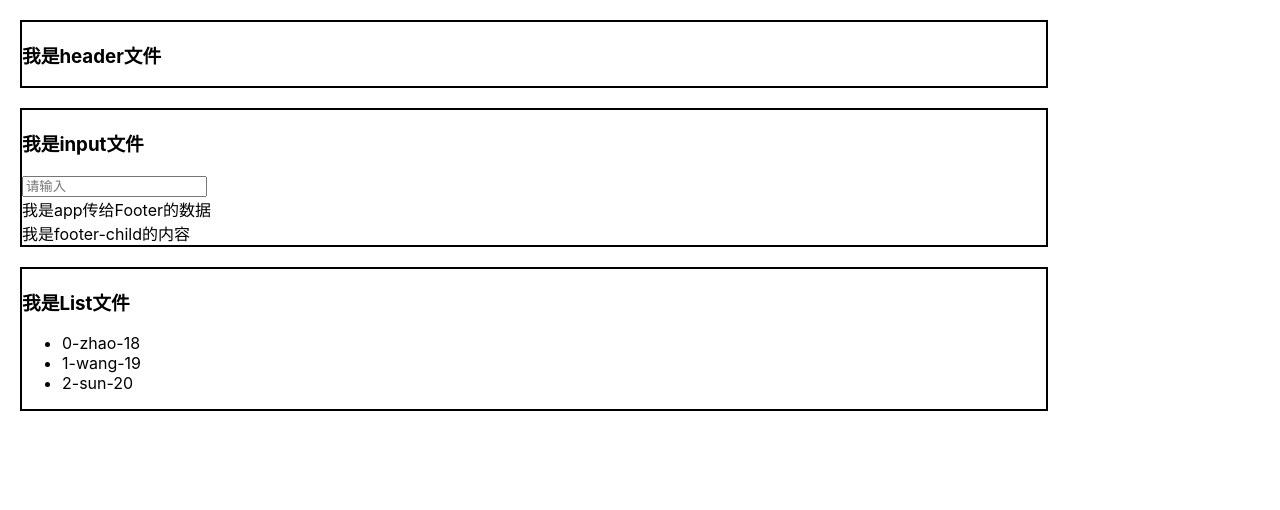
Repository: gy2986589/react-demo
Page: /
An editor plug-in stored every save of this project. The page is shown before and after the next save, followed by the edit.
The browser window is 1280 px wide. The pictures show the whole page.
The project was rebuilt for these pictures with package versions that can differ from the ones it lists, and the page was loaded fresh each time. Also part of the build but not shown: src/components/Like/Like.jsx.

Above is the page before, as saved 2020-07-02 22:37:59.

### public/index.html
<!DOCTYPE html>
<html lang="en">
  <head>
    <meta charset="utf-8" />
    <link rel="icon" href="%PUBLIC_URL%/favicon.ico" />
    <meta name="viewport" content="width=device-width, initial-scale=1" />
    <meta name="theme-color" content="#000000" />
    <meta
      name="description"
      content="Web site created using create-react-app"
    />
    <link rel="apple-touch-icon" href="%PUBLIC_URL%/logo192.png" />
    <!--
      manifest.json provides metadata used when your web app is installed on a
      user's mobile device or desktop. See https://developers.google.com/web/fundamentals/web-app-manifest/
    -->
    <link rel="manifest" href="%PUBLIC_URL%/manifest.json" />
    <!--
      Notice the use of %PUBLIC_URL% in the tags above.
      It will be replaced with the URL of the `public` folder during the build.
      Only files inside the `public` folder can be referenced from the HTML.

      Unlike "/favicon.ico" or "favicon.ico", "%PUBLIC_URL%/favicon.ico" will
      work correctly both with client-side routing and a non-root public URL.
      Learn how to configure a non-root public URL by running `npm run build`.
    -->
    <title>One React App</title>
  </head>
  <body>
    <noscript>You need to enable JavaScript to run this app.</noscript>
    <div id="root"></div>
    <!--
      This HTML file is a template.
      If you open it directly in the browser, you will see an empty page.

      You can add webfonts, meta tags, or analytics to this file.
      The build step will place the bundled scripts into the <body> tag.

      To begin the development, run `npm start` or `yarn start`.
      To create a production bundle, use `npm run build` or `yarn build`.
    -->
  </body>
</html>

### src/index.js
import React from 'react';
import ReactDOM from 'react-dom';
import './index.css';
import App from './App';
import * as serviceWorker from './serviceWorker';

ReactDOM.render(
    <React.StrictMode>
        <App/>
    </React.StrictMode>,
    document.getElementById('root')
);

// If you want your app to work offline and load faster, you can change
// unregister() to register() below. Note this comes with some pitfalls.
// Learn more about service workers: https://bit.ly/CRA-PWA
serviceWorker.unregister();

### src/App.js
import React from 'react';
import './App.css';
import {
    TodoHeader,
    TodoInput,
    TodoList
} from "./components/index";


function App() {
    const state = {
        headerData: "我是app传给Header的数据",
        footerData: "我是app传给Footer的数据"
    }

    return (
        <div className="App">
            <TodoHeader title={state.headerData}>
                我是head-child的内容
            </TodoHeader>
            <TodoInput btnTxt={state.footerData}>
                我是footer-child的内容
            </TodoInput>
            <TodoList></TodoList>
        </div>
    );
}

export default App;

### src/components/index.js
//1、引入方式一：
// import TodoHeader from "./TodoHeader/TodoHeader";
// import TodoInput from "./TodoInput/TodoInput"
// import TodoList from "./TodoList/TodoList"
// export {
//     TodoHeader,
//     TodoInput,
//     TodoInput
// }



//2、引入方式二：
export {default as TodoHeader} from "./TodoHeader/TodoHeader";
export {default as TodoInput} from "./TodoInput/TodoInput";
export {default as TodoList} from "./TodoList/TodoList";
export {default as Like} from "./Like/Like";

### src/components/TodoHeader/TodoHeader.js
import React, { Component } from 'react'


class TodoHeader extends Component {
    // style = {
    //     border: "2px solid #000",
    //     margin: "20px 20px",
    //     width: "80%"
    // }
    //另一种管理数据方法 只有extends Component 式组件有 函数式没有
    constructor() {
        super();
        this.style = {
            border: "2px solid #000",
            margin: "20px 20px",
            width: "80%",
            data: [
                {
                    id: 0,
                    name: 'zhao',
                    age: 18
                },
                {
                    id: 1,
                    name: 'wang',
                    age: 19
                },
                {
                    id: 2,
                    name: 'sun',
                    age: 20
                },

            ]

        }
    }
    render() {
        // console.log(this.style.data)
        return (
            <div style={{ width: this.style.width, border: this.style.border, margin: this.style.margin }}>
                <h3>我是header文件</h3>
                {
                    this.style.data.forEach(i => {
                        console.log(i);
                        return (
                        <div>{i.age}</div>
                        )
                    })
                }
                {/* {this.props.title ? this.props.title:'hahaha'}
                <br/>
                {this.props.children} */}
            </div>
        )
    }
}


export default TodoHeader

### src/components/TodoInput/TodoInput.js
import React, { Component } from 'react';

class TodoInput extends Component {
    style = {
        border: "2px solid #000",
        margin: "20px 20px",
        width: "80%"
    }
    render() {
        return (
            <div style={{ width: this.style.width, border: this.style.border, margin: this.style.margin }}>
                <h3>我是input文件</h3>
                <input type="text" placeholder="请输入" />
                <br/>
                {this.props.btnTxt}
                <br/>
                {this.props.children}
            </div>
        );
    }
}

export default TodoInput;

### src/components/TodoList/TodoList.js
import React, { Component } from 'react';
import TodoItem from './TodoItem'


class TodoList extends Component {
    style = {
        border: "2px solid #000",
        margin: "20px 20px",
        width: "80%"
    }
    data=[
        {
            id: 0,
            name: 'zhao',
            age: 18
        },
        {
            id: 1,
            name: 'wang',
            age: 19
        },
        {
            id: 2,
            name: 'sun',
            age: 20
        },

    ]

    render() {
        return (
            <div style={{ width: this.style.width, border: this.style.border, margin: this.style.margin }}>
                <h3>我是List文件</h3>
                <ul>
                    <TodoItem data={[...this.data]} />
                </ul>
            </div>
        );
    }
}

export default TodoList;

### src/components/TodoList/TodoItem.js
// import React from 'react';
//
// const TodoItem = (props) => {
//     return (
//         <div>
//             <li>我是item</li>
//             <li>我是item</li>
//             <li>我是item</li>
//             <li>我是item</li>
//             <li>我是item</li>
//         </div>
//     );
// };
//
// export default TodoItem;
import React, {Component} from 'react';

class TodoItem extends Component {
    render() {
        return (
            <div>
                {
                    this.props.data.map(item=>{
                        return (
                            <li key={item.id}>{item.id}-{item.name}-{item.age}</li>
                        )
                    })
                }
            </div>
        );
    }
}

export default TodoItem;

Loaded but not shown: src/index.css (common file); src/serviceWorker.js (common file); src/App.css (common file)

After the next save:
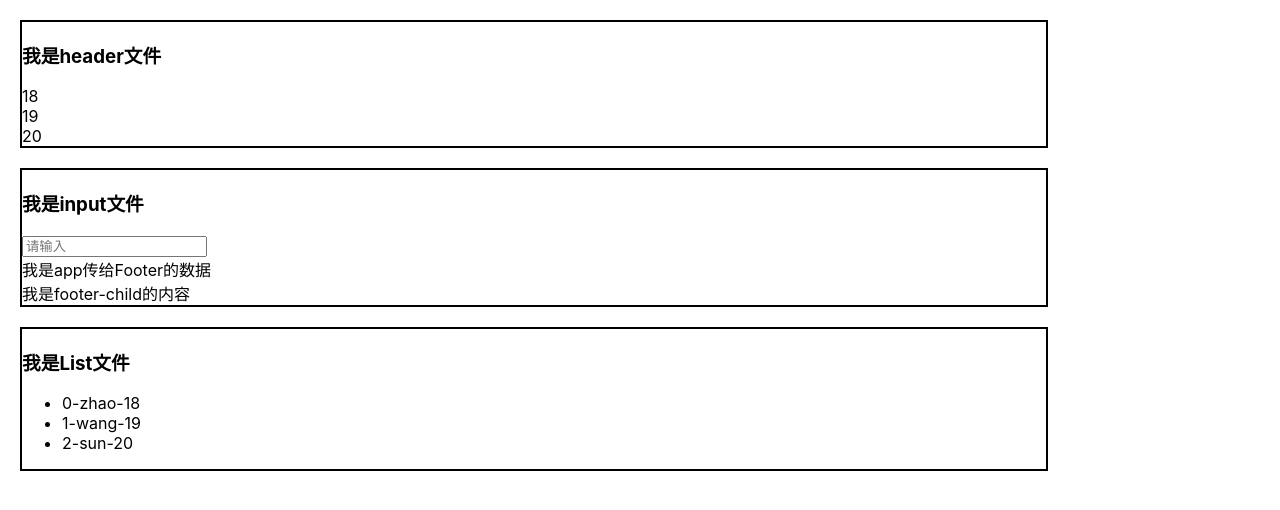
Saved 37 s later.
--- a/src/components/TodoHeader/TodoHeader.js
+++ b/src/components/TodoHeader/TodoHeader.js
@@ -41,7 +41,7 @@ class TodoHeader extends Component {
             <div style={{ width: this.style.width, border: this.style.border, margin: this.style.margin }}>
                 <h3>我是header文件</h3>
                 {
-                    this.style.data.forEach(i => {
+                    this.style.data.map(i => {
                         console.log(i);
                         return (
                         <div>{i.age}</div>
